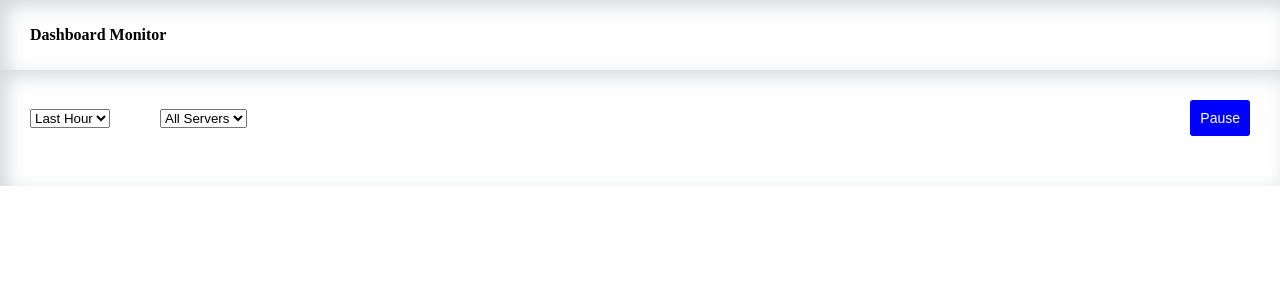
Repository: egorgloom/dashboard
Page: /
An editor plug-in stored every save of this project. The page is shown before and after the next save, followed by the edit.
The browser window is 1280 px wide. The pictures show the whole page.
The page's requests for data from a server got no answer. The project was rebuilt for these pictures with package versions that can differ from the ones it lists, and the page was loaded fresh each time. No one was signed in, and anything a server would have sent is missing. Also part of the build but not shown: webpack.config.js, src/components/ItemCard/ItemCard.tsx, src/components/SingleServerMetrics/SingleServerMetrics.tsx.

Above is the page before, as saved 2025-04-16 17:24:01.

### src/index.html
<!DOCTYPE html>
<html>

<head>
  <meta charset="utf-8">
  <meta name="viewport" content="width=device-width, initial-scale=1.0" />
  <title>Dashboard</title>
</head>

<body>
  <div id="app"></div>
  <!-- <script type="module" src="./main.tsx"></script> -->
</body>
</html>

### src/app.tsx
import * as React from 'react';

import ReactDOM from "react-dom/client";
import { Provider } from 'react-redux';
import {
  BrowserRouter as Router,
  Routes,
  Route,
  BrowserRouter
} from "react-router-dom";



import './app.scss'
import OverviewPage from './components/OverviewPage/OverviewPage';
import store from './store';
import SingleServerMetrics from './components/SingleServerMetrics/SingleServerMetrics';
import Header from './components/Header/Header';



const App = () => {
  return (
    <>
                <Header />
    <Routes>
      <Route path='*' element={<OverviewPage/>}/>
      <Route path='/metrics/:id' element={<SingleServerMetrics/>} />
    </Routes>
    </>

  )
}




const rootElement = document.getElementById('app');
if (rootElement) {
  const root = ReactDOM.createRoot(rootElement);
  root.render(
    <React.StrictMode>
      <Provider store={store}>
        <BrowserRouter>
          <App />
        </BrowserRouter>
      </Provider>
    </React.StrictMode>
  );
}

### src/app.scss
html, body {
    width: 100%; height: 100%; margin: 0; padding: 0;
    // -webkit-box-shadow: 7px 6px 19px 0px rgba(34, 60, 80, 0.2) inset;
    // -moz-box-shadow: 7px 6px 19px 0px rgba(34, 60, 80, 0.2) inset;
    // box-shadow: 7px 6px 19px 0px rgba(34, 60, 80, 0.2) inset;

  }

  * {
    margin: 0;
    padding: 0;
    box-sizing: border-box;
  }

  #app {
    width: 100%; height: 100%; margin: 0; padding: 0px;
  }


  ol,
  ul {
    list-style: none;
  }

  a {
    text-decoration: none;
    padding: 0;
    margin: 0;
  }

  //variables

  $white: #FFF;
$lightBlack: #333;
$black: #000;
$blue: blue;

$fs10: 10px;
$fs11: 11px;
$fs12: 12px;
$fs13: 13px;
$fs14: 14px;
$fs16: 16px;
$fs17: 17px;
$fs18: 18px;
$fs20: 20px;
$fs24: 24px;
$fs36: 36px;

$pad30px: 30px;

//mixins
@mixin flex--center {
  display: flex;
  align-items: center;
  justify-content: center;

}

@mixin flex--space-between {
  display: flex;
  align-items: center;
  justify-content: space-between;

}

@mixin box-shadow {
  -webkit-box-shadow: 7px 6px 19px 0px rgba(34, 60, 80, 0.2) inset;
-moz-box-shadow: 7px 6px 19px 0px rgba(34, 60, 80, 0.2) inset;
box-shadow: 7px 6px 19px 0px rgba(34, 60, 80, 0.2) inset;
}

//header
.header {
    width: 100%;
    height: 70px;
    @include flex--center;
    justify-content: left;
  @include box-shadow;
}

.header--logo {

    color: $black;
    font-weight: bold;
    padding-left: $pad30px;
}
//wrapper

.wrapper {
padding: $pad30px;
@include box-shadow;



}
.wrapper--filters {
  @include flex--space-between;
  flex-direction: row;


}

.wrapper--filter-select {
  @include flex--space-between;
  gap: 50px;

}

.btn {
  background-color: $blue;
  padding: 10px;
  color: $white;
  font-size: $fs14;
  border-style: none;
  border-radius: 3px;
}

//all-cards

.all-cards {
  margin-top: 20px;
  display: flex;
  flex-direction: row;
  flex-wrap: wrap;
  gap: 15px;
}
.all-cards--card {
  padding: 20px;
  width: calc(50% - 20px);
  display: flex;
  gap: 20px;
  flex-direction: column;
  -webkit-box-shadow: -1px 0px 3px 3px rgba(34, 60, 80, 0.2);
-moz-box-shadow: -1px 0px 3px 3px rgba(34, 60, 80, 0.2);
box-shadow: -1px 0px 3px 3px rgba(34, 60, 80, 0.2);
}

.all-cards--card--server {
  @include flex--space-between;
}
.all-cards--card--data {
display: grid;
    grid-template-columns: 50%;
    grid-template-rows: 50%;
    grid-auto-columns: 1fr;
    gap: 10px;
    grid-auto-flow: row;
    grid-template-areas:
      ". ."
      ". .";



}

.all-cards--card--data--info {
  display: flex;
  flex-direction: column;
  gap: 7px;
}
.all-cards--card--data--info--label {
  font-size: $fs11;
  color: $lightBlack;
}
.all-cards--card--data--info--value {
  font-size: $fs18;
  color: $black;
  font-weight: bold;
}

.all-cards--card--location {
display: flex;
flex-direction: column;

}

### src/components/OverviewPage/OverviewPage.tsx
import React from 'react';
import { FC } from 'react';
import { useGetMetricsQuery } from '../../API/metricsSlice';
import { IMetrics } from '../../interfaces/interface';

import ItemCard from '../ItemCard/ItemCard';


interface IOverviewPage { }

const OverviewPage: FC<IOverviewPage> = () => {

    const {data} = useGetMetricsQuery('')

    return (
        <>



            <div className='wrapper'>
                <div className='wrapper--filters'>
                    <div className='wrapper--filter-select'>
                        <select name="" id="">
                            <option value="1">Last Hour</option>
                            <option value="3">2</option>
                            <option value="6">3</option>

                        </select>
                        <select name="" id="">
                            <option value="1">All Servers</option>
                            <option value="2">web</option>
                            <option value="3">db</option>
                            <option value="4">cache</option>

                        </select>
                    </div>

                    <div>
                        <button className='btn'>Pause</button>
                    </div>
                </div>
                <div className='all-cards'>
                {data?.map((elem: IMetrics) => <ItemCard elem={elem} key={elem.id}/>)}
                </div>
            </div>
        </>
    );
};

export default OverviewPage;

### src/store.ts
import { configureStore  } from '@reduxjs/toolkit'

import { metricsSlice } from './API/metricsSlice'



const store = configureStore({
reducer: {
      [metricsSlice.reducerPath]: metricsSlice.reducer,

},
middleware: (getDefaultMiddleware) =>
      getDefaultMiddleware().concat(metricsSlice.middleware),
})


export default store

### src/components/Header/Header.tsx
import React from 'react';
import { FC } from 'react';

interface IHeader {}

const Header: FC<IHeader> = () => {
  return (
    <>
          <header className='header'>
        <a href="/" aria-label="Dashboard" className='header--logo'>
          Dashboard Monitor
        </a>
      </header>
    </>
  );
};

export default Header;

### src/API/metricsSlice.ts
import { createApi, fetchBaseQuery } from '@reduxjs/toolkit/query/react'
import { IMetrics } from '../interfaces/interface'


export const metricsSlice = createApi({
    reducerPath: 'metricsSlice',
    baseQuery: fetchBaseQuery({ baseUrl: 'https://server-shop-co.onrender.com/'}),
    tagTypes: ['metrics'],
    endpoints: (builder) => ({
        getMetrics: builder.query<IMetrics[], string>({
            query: () => 'metrics',
            providesTags: ['metrics'],
        }),
        getItemMetric: builder.query<IMetrics, any>({
            query: ({id}) => `metrics/${id}`,
            providesTags: ['metrics'],

        })

})
})

export const {useGetMetricsQuery, useGetItemMetricQuery} = metricsSlice;

After the next save:
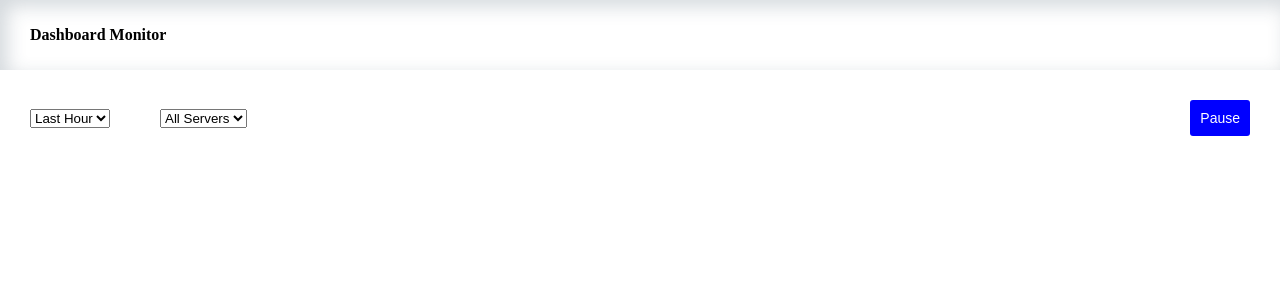
Saved 27 s later.
--- a/src/app.scss
+++ b/src/app.scss
@@ -89,7 +89,7 @@ box-shadow: 7px 6px 19px 0px rgba(34, 60, 80, 0.2) inset;
 
 .wrapper {
 padding: $pad30px;
-@include box-shadow;
+
 
 
 
